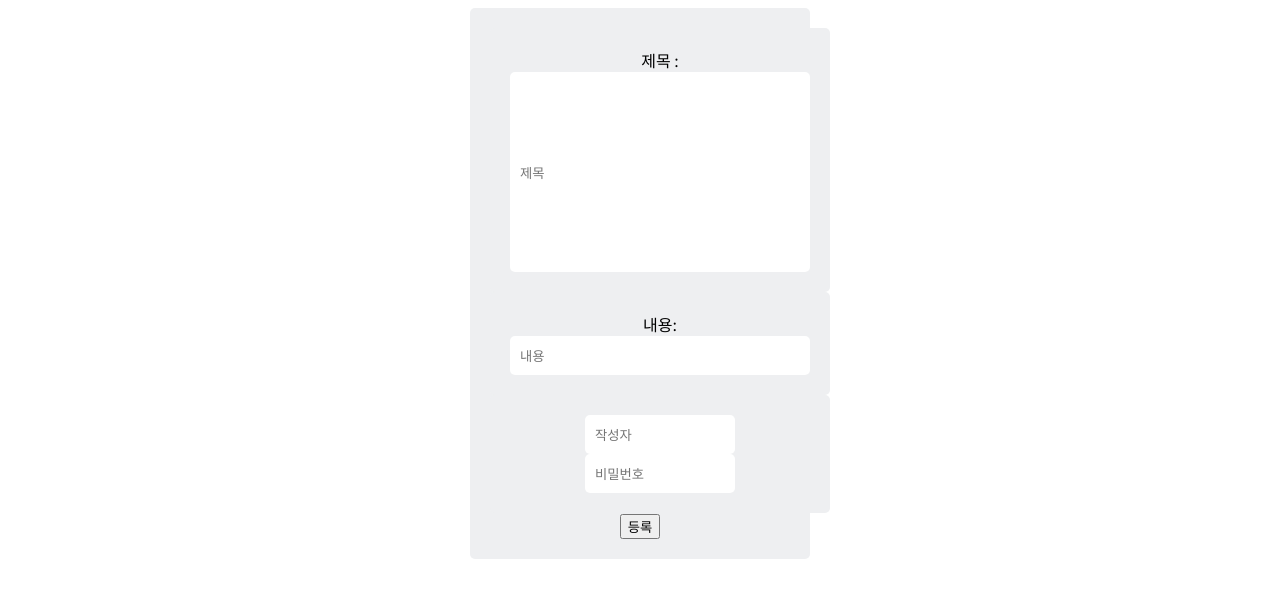
Repository: tae10/app-board-solo
Page: http://localhost/app-board/create
These files come from the project's save history. The page is drawn as it stood at one moment and after the next save; the edit follows.
The browser window is 1280 px wide. The pictures show the whole page.
The page is served by Tomcat 9.

Above is the page before, as saved 2023-04-10 14:24:19.

After the next save:
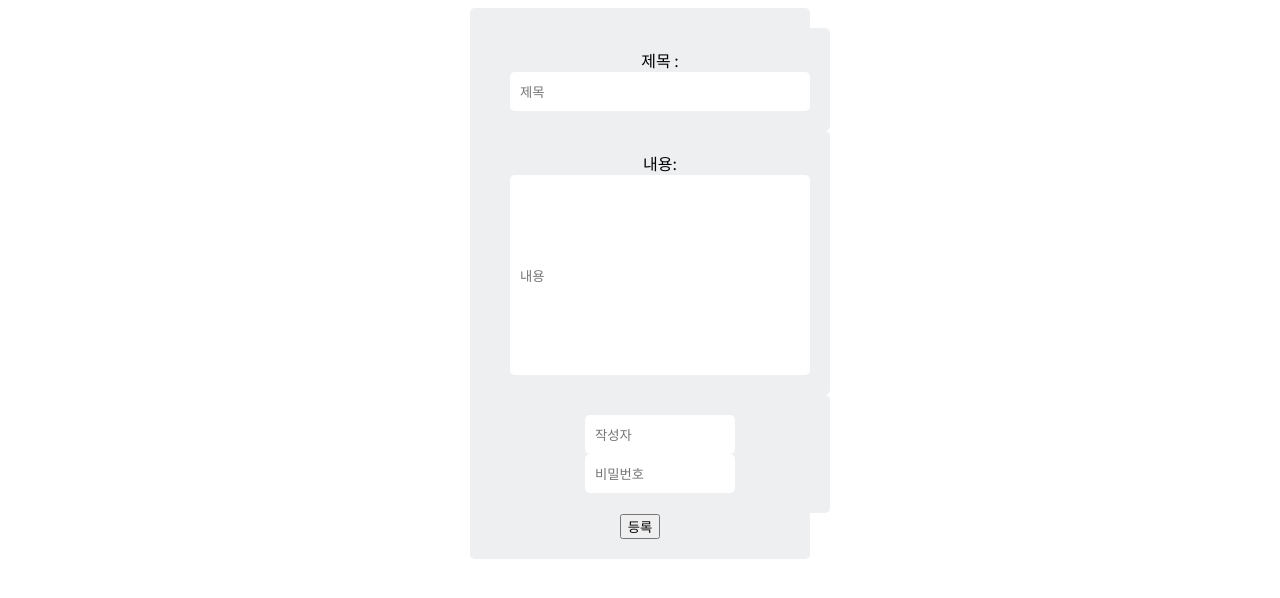
Saved 9 s later.
--- a/app-board/src/main/webapp/WEB-INF/views/board/create.jsp
+++ b/app-board/src/main/webapp/WEB-INF/views/board/create.jsp
@@ -12,10 +12,10 @@
 	<div>
 		<form action="/create-task" autocomplete="off">
 			<div class="sign-form labe">
-				제목 :<input style="height:200px" type="text" name="title" placeholder="제목">
+				제목 :<input  type="text" name="title" placeholder="제목">
 			</div>
 			<div>
-				내용:<input   class="container" type="text" name="content" placeholder="내용" >
+				내용:<input  style="height:200px" class="container" type="text" name="content" placeholder="내용" >
 			</div>
 			<c:if test="${empty sessionScope.logonUser }">
 				<div>
